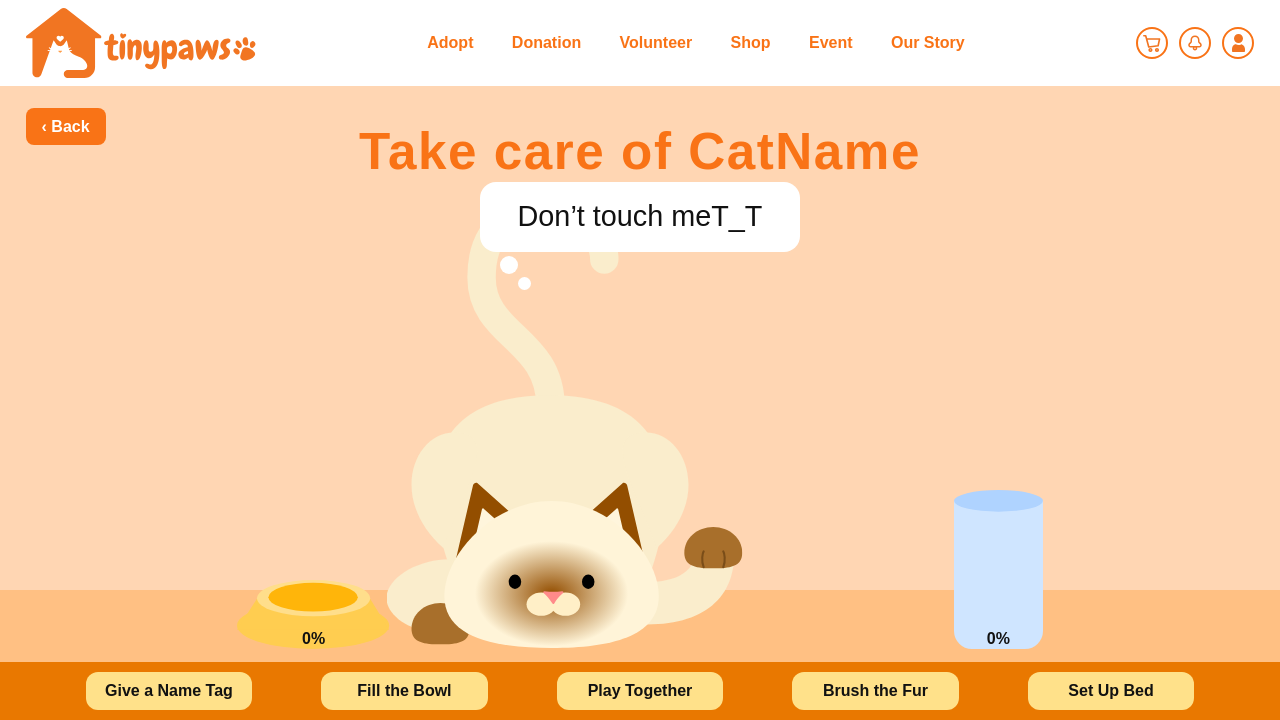
Repository: LShuyanLi/TinyPaws
Page: /, after clicking the first element matching `div > div`
An editor plug-in stored every save of this project. The page is shown before and after the next save, followed by the edit.
The browser window is 1280 px wide. The pictures show the whole page.
The project was rebuilt for these pictures with package versions that can differ from the ones it lists, and the page was loaded fresh each time. The framework's server and built-in components were replaced by stand-ins that run in the browser. Also part of the build but not shown: next.config.mjs.

Above is the page before, as saved 2026-05-09 23:44:40.

### app/layout.js
import { Geist, Geist_Mono } from "next/font/google";
import "./globals.css";

const geistSans = Geist({
  variable: "--font-geist-sans",
  subsets: ["latin"],
});

const geistMono = Geist_Mono({
  variable: "--font-geist-mono",
  subsets: ["latin"],
});

export const metadata = {
  title: "Create Next App",
  description: "Generated by create next app",
};

export default function RootLayout({ children }) {
  return (
    <html lang="en" className={`${geistSans.variable} ${geistMono.variable}`}>
      <body>{children}</body>
    </html>
  );
}

### app/page.js
"use client";

import { useState } from "react";

import Header from "@/components/shared/Header";
import ChooseScreen from "@/components/shuyan/ChooseScreen";
import PlayScreen from "@/components/shuyan/PlayScreen";



export default function Home() {
  const [screen, setScreen] = useState("choose");
  const [selectedCat, setSelectedCat] = useState(null);

  function goToChoose() {
    setScreen("choose");
  }

  function goToPlay(catImage) {
    setSelectedCat(catImage);
    setScreen("play");
  }

  return (
    <main
      style={{
        width: "100vw",
        height: "100vh",
        margin: 0,
        overflow: "hidden",
        fontFamily: "Arial, Helvetica, sans-serif",
        backgroundColor: "#ffd6b3",
      }}
    >
      <Header />

      {screen === "choose" && (
        <ChooseScreen goToPlay={goToPlay} />
      )}

      {screen === "play" && (
        <PlayScreen
        goToChoose={goToChoose}
        selectedCat={selectedCat} />
      )}
    </main>
  );
}

### app/globals.css
:root {
  --background: #ffffff;
  --foreground: #171717;
}

@media (prefers-color-scheme: dark) {
  :root {
    --background: #0a0a0a;
    --foreground: #ededed;
  }
}

html {
  height: 100%;
}

html,
body {
  max-width: 100vw;
  overflow-x: hidden;
}

body {
  min-height: 100%;
  display: flex;
  flex-direction: column;
  color: var(--foreground);
  background: var(--background);
  font-family: Arial, Helvetica, sans-serif;
  -webkit-font-smoothing: antialiased;
  -moz-osx-font-smoothing: grayscale;
}

* {
  box-sizing: border-box;
  padding: 0;
  margin: 0;
}

a {
  color: inherit;
  text-decoration: none;
}

@media (prefers-color-scheme: dark) {
  html {
    color-scheme: dark;
  }
}

### components/shared/Header.jsx
// Displays the decorative top navigation area with the logo, nav menu, and icons.

export default function Header() {
  return (
    <header
      style={{
        width: "100%",
        height: "12vh",
        backgroundColor: "#ffffff",
        display: "flex",
        alignItems: "center",
        justifyContent: "space-between",
        padding: "0 2vw",
        boxSizing: "border-box",
      }}
    >
      <img
        src="/Logo.svg"
        alt="TinyPaws logo"
        style={{
          width: "18vw",
          minWidth: "150px",
          maxWidth: "270px",
          height: "auto",
        }}
      />

      <nav
        style={{
          display: "flex",
          gap: "3vw",
          color: "#f97316",
          fontWeight: "700",
          fontSize: "1rem",
        }}
      >
        <span>Adopt</span>
        <span>Donation</span>
        <span>Volunteer</span>
        <span>Shop</span>
        <span>Event</span>
        <span>Our Story</span>
      </nav>

      <div
        style={{
          display: "flex",
          gap: "0.7rem",
        }}
      >
        <button style={iconButtonStyle}>
         <img src="/chart.svg" style={iconImageStyle} />
        </button>

        <button style={iconButtonStyle}>
          <img src="/bell.svg" style={iconImageStyle} />
        </button>

        <button style={iconButtonStyle}>
         <img src="/user.svg" style={iconImageStyle} />
        </button>
      </div>
    </header>
  );
}

const iconButtonStyle = {
  width: "2rem",
  height: "2rem",
  border: "2px solid #f97316",
  borderRadius: "50%",
  backgroundColor: "#ffffff",
  color: "#f97316",
  cursor: "pointer",
  display: "flex",
  alignItems: "center",
  justifyContent: "center",
};

const iconImageStyle = {
  width: "1.1rem",
  height: "1.1rem",
  objectFit: "contain",
  display: "block",
};

### components/shuyan/ChooseScreen.jsx
import PokeCatBall from "@/components/shuyan/PokeCatBall";

export default function ChooseScreen({ goToPlay }) {

    return (
        <section
        style={{
            position: "relative",
            width: "100%",
            height: "88vh",
            backgroundColor: "#ffd6b3",
        }}
        >

        <h1
            style={{
            margin: 0,
            paddingTop: "5vh",
            textAlign: "center",
            color: "#f97316",
            fontSize: "clamp(2rem, 4vw, 3.3rem)",
            fontWeight: "700",
            letterSpacing: "0.03em",
            }}
        >
            Choose Your New Little Friend
        </h1>

        <div
            style={{
            position: "relative",
            zIndex: 5,
            width: "100%",
            display: "flex",
            justifyContent: "space-around",
            alignItems: "flex-start",
            marginTop: "8vh",
            padding: "0 4vw",
            boxSizing: "border-box",
            }}
        >
            <PokeCatBall
                closeBall="/CloseBall.svg"
                openBall="/OpenBall-1.svg"
                catImage="/cat-1.svg"
                goToPlay={goToPlay} />
            <PokeCatBall
                closeBall="/CloseBall.svg"
                openBall="/OpenBall-2.svg"
                catImage="/cat-2.svg"
                goToPlay={goToPlay} />
            <PokeCatBall
                closeBall="/CloseBall.svg"
                openBall="/OpenBall-3.svg"
                catImage="/cat-3.svg"
                goToPlay={goToPlay} />
        </div>

        <div
            style={{
            position: "absolute",
            left: 0,
            bottom: "7.5vh",
            width: "100%",
            height: "10vh",
            backgroundColor: "#ffc083",
            }}
        />

        <div
            style={{
            position: "absolute",
            left: 0,
            bottom: 0,
            width: "100%",
            height: "7.5vh",
            backgroundColor: "#e97800",
            }}
        />
        </section>
    );
}

### components/shuyan/PlayScreen.jsx
// PlayScreen.jsx: Builds the main cat play screen with the background, cat area, feeding area, tools, bed, and bottom buttons.

import BackButton from "@/components/shuyan/BackButton";
import BottomActionBar from "@/components/shuyan/BottomActionBar";
import CatDisplay from "@/components/shared/CatDisplay";
import FoodBowl from "@/components/Jinwon/FoodBowl";
import WaterBottle from "@/components/Jinwon/WaterBottle";
import CatEmotion from "@/components/Jessica/CatEmotion";

export default function PlayScreen({ goToChoose, selectedCat }) {
  return (
    <section
      style={{
        position: "relative",
        width: "100%",
        height: "88vh",
        backgroundColor: "#ffd6b3",
        overflow: "hidden",
      }}
    >
      <BackButton goToChoose={goToChoose}/>

      <h1
        style={{
          margin: 0,
          paddingTop: "5vh",
          textAlign: "center",
          color: "#f97316",
          fontSize: "clamp(2rem, 4vw, 3.3rem)",
          fontWeight: "700",
          letterSpacing: "0.03em",
          position: "relative",
          zIndex: 5,
        }}
      >
        Take care of CatName
      </h1>

      {/* Light orange ground */}
      <div
        style={{
          position: "absolute",
          left: 0,
          bottom: "8vh",
          width: "100%",
          height: "10vh",
          backgroundColor: "#ffc083",
          zIndex: 1,
        }}
      />

      {/* Main play area */}
      <div
        style={{
          position: "absolute",
          left: "50%",
          bottom: "10vh",
          transform: "translateX(-50%)",
          width: "75vw",
          height: "50vh",
          zIndex: 5,
        }}
      >
        <CatEmotion />
        <FoodBowl />
        <CatDisplay selectedCat={selectedCat}/>
        <WaterBottle />
      </div>

      <BottomActionBar />
    </section>
  );
}

### components/shuyan/PokeCatBall.jsx
"use client";
// Displays one selectable pokeCAT ball and shows its cat preview on hover.

import { useState } from "react";

export default function PokeCatBall({ closeBall, openBall, goToPlay, catImage }) {

    const [isHover, setIsHover] = useState(false);

    function pokecatBall() {
        if (!isHover) {
            return closeBall;
        } else {
            return openBall;
        }
    }

    return (
        <div
            onClick={() => goToPlay(catImage)}
            onMouseEnter={() => setIsHover(true)}
            onMouseLeave={() => setIsHover(false)}
            style={{
                width: "24vw",
                maxWidth: "380px",
                minWidth: "230px",
                height: "50vh",
                display: "flex",
                alignItems: "flex-start",
                justifyContent: "center",
                cursor: "pointer"
            }}
        >
        <img
            src={pokecatBall()}
            style={{
            width: "90%",
            objectFit: "contain",
            display: "block",
            }}
        />
        </div>
    );
}

### components/shuyan/BackButton.jsx
// Displays the back button and returns the user to the cat selection screen.


export default function BackButton({ goToChoose }) {
  return (
    <button
        onClick={goToChoose}
        style={{
            position: "absolute",
            top: "3vh",
            left: "2vw",
            backgroundColor: "#f97316",
            color: "#ffffff",
            border: "none",
            borderRadius: "8px",
            padding: "0.6rem 1rem",
            fontSize: "1rem",
            fontWeight: "600",
            cursor: "pointer",
            zIndex: 10,
      }}
    >
      ‹ Back
    </button>
  );
}

### components/shuyan/BottomActionBar.jsx
"use client";

// BottomActionBar.jsx: Displays the bottom interaction buttons and shows each hover bubble.

import { useState } from "react";

export default function BottomActionBar( {
  activeButton,
  setActiveButton,
  setSelectedBed, //these three are for the bed feature
  ballSpeed,
  setBallSpeed, //these two are for the play ball feature
  featherActive,
  setFeatherActive,
}) {
  return (
    <div
      style={{
        position: "absolute",
        left: 0,
        bottom: 0,
        width: "100%",
        height: "8vh",
        backgroundColor: "#e97800",
        display: "flex",
        alignItems: "center",
        justifyContent: "space-around",
        padding: "0 4vw",
        boxSizing: "border-box",
        zIndex: 20,
      }}
    >
      {/* Name button - Elina can connect this to NameTag modal later */}
      <div style={{ position: "relative" }}>
        <button style={buttonStyle}>Give a Name Tag</button>
      </div>

      {/* Feed button - Jinwon */}
      <div
        onMouseEnter={() => setActiveButton("feed")}
        onMouseLeave={() => setActiveButton(null)}
        style={{ position: "relative" }}
      >
        {activeButton === "feed" && (
          <div style={bubbleStyle}>
            <img src="/bubble-3.svg" style={bubbleBackgroundStyle} />

            {/* dry food option - Jinwon can add onClick here */}
            <img
              src="/dryfood.svg"
              style={{
                position: "absolute",
                top: "8%",
                left: "50%",
                transform: "translateX(-50%)",
                width: "45%",
                height: "auto",
                cursor: "pointer",
              }}
            />

            {/* wet food option - Jinwon can add onClick here */}
            <img
              src="/wetfood.svg"
              style={{
                position: "absolute",
                top: "34%",
                left: "50%",
                transform: "translateX(-50%)",
                width: "45%",
                height: "auto",
                cursor: "pointer",
              }}
            />

            {/* water option - Jinwon can add onClick here */}
            <img
              src="/water.svg"
              style={{
                position: "absolute",
                top: "60%",
                left: "50%",
                transform: "translateX(-50%)",
                width: "38%",
                height: "auto",
                cursor: "pointer",
              }}
            />
          </div>
        )}

        <button style={buttonStyle}>Fill the Bowl</button>
      </div>

      {/* Play button - Jonah handles ball/feather, Elina handles hand */}
      <div
        style={{ position: "relative" }}
      >
        {activeButton === "play" && (
          <div style={bubbleStyle}>
            <img src="/bubble-3.svg" style={bubbleBackgroundStyle} />

            {/* ball option - Jonah can add onClick here */}
            <img
              src="/ball.svg"
                onClick={() => {
                setFeatherActive(false);

                setBallSpeed(prev =>
                  prev === "stop"
                    ? "slow"
                    : prev === "slow"
                    ? "fast"
                    : "stop"
                );
              }}
              style={{
                position: "absolute",
                top: "8%",
                left: "50%",
                transform: "translateX(-50%)",
                width: "42%",
                height: "auto",
                cursor: "pointer",
                opacity: ballSpeed === "stop" ? 0.5 : 1
              }}
            />

            {/* feather option - Jonah can add onClick here */}
            <img
              src="/feather.svg"
              onClick={() => {
                setBallSpeed("stop");
                setFeatherActive(prev => !prev);
              }}
              style={{
                position: "absolute",
                top: "30%",
                left: "50%",
                transform: "translateX(-50%)",
                width: "55%",
                height: "auto",
                cursor: "pointer",
              }}
            />

            {/* hand option - Elina can add onClick here */}
            <img
              src="/hand.svg"
              style={{
                position: "absolute",
                top: "55%",
                left: "50%",
                transform: "translateX(-50%)",
                width: "42%",
                height: "auto",
                cursor: "pointer",
              }}
            />
          </div>
        )}

        <button
          style={buttonStyle}
          onClick={() =>
            setActiveButton(activeButton === "play" ? null : "play")
          }
        >Play Together</button>
      </div>

      {/* Brush button - Elina */}
      <div
        onMouseEnter={() => setActiveButton("brush")}
        onMouseLeave={() => setActiveButton(null)}
        style={{ position: "relative" }}
      >
        {activeButton === "brush" && (
          <div style={bubbleStyle}>
            <img src="/bubble-1.svg" style={bubbleBackgroundStyle} />

            {/* brush option - Elina can add onClick here */}
            <img
              src="/brush.svg"
              style={{
                position: "absolute",
                top: "22%",
                left: "50%",
                transform: "translateX(-50%)",
                width: "55%",
                height: "auto",
                cursor: "pointer",
              }}
            />
          </div>
        )}

        <button style={buttonStyle}>Brush the Fur</button>
      </div>

      {/* Bed button - Jonah */}
      <div
        style={{ position: "relative" }}
      >
        {activeButton === "bed" && (
          <div style={bubbleStyle}>
            <img src="/bubble-2.svg" style={bubbleBackgroundStyle} />

            {/* yellow bed option - Jonah can add onClick here */}
            <img
              src="/bed-1.svg"
              onClick={() => {
                setSelectedBed(prev =>
                  prev === "yellow" ? null : "yellow"
                );
              }}
              style={{
                position: "absolute",
                top: "12%",
                left: "50%",
                transform: "translateX(-50%)",
                width: "55%",
                height: "auto",
                cursor: "pointer",
              }}
            />

            {/* green bed option - Jonah can add onClick here */}
            <img
              src="/bed-2.png"
              onClick={() => {
                setSelectedBed(prev =>
                  prev === "green" ? null : "green"
                );
              }}
              style={{
                position: "absolute",
                top: "48%",
                left: "50%",
                transform: "translateX(-50%)",
                width: "55%",
                height: "auto",
                cursor: "pointer",
              }}
            />
          </div>
        )}

        <button
          style={buttonStyle}
          onClick={() =>
            setActiveButton(activeButton === "bed" ? null : "bed")
          }
        >Set Up Bed</button>
      </div>
    </div>
  );
}

const buttonStyle = {
  width: "13vw",
  minWidth: "150px",
  maxWidth: "200px",
  height: "2.4rem",
  border: "none",
  borderRadius: "12px",
  backgroundColor: "#ffe18a",
  color: "#111111",
  fontSize: "1rem",
  fontWeight: "600",
  cursor: "pointer",
};

const bubbleStyle = {
  position: "absolute",
  left: "50%",
  bottom: "3.4rem",
  transform: "translateX(-50%)",
  width: "7vw",
  minWidth: "95px",
  maxWidth: "140px",
  zIndex: 40,
};

const bubbleBackgroundStyle = {
  width: "100%",
  height: "auto",
  display: "block",
};

### components/shared/CatDisplay.jsx
// CatDisplay.jsx: Displays the selected cat image on the play screen.

export default function CatDisplay({
  selectedBed,
  ballSpeed,
  featherActive,
}) {
  let catImage = "/cat-1.svg";

  let catStyle = {
    width: "55%",
    height: "55%",
    objectFit: "contain",
    position: "absolute",
    bottom: "0px",
    left: "110px",
  };

  if (featherActive) {
    catImage = "/catreach-1.svg";

    catStyle = {
      ...catStyle,
      width: "110%",
      left: "0px",
    }

  } else if (ballSpeed !== "stop") {
    catImage = "/catcrouch-1.svg";
  }

  return (
    <div
      style={{
        position: "absolute",
        left: "50%",
        bottom: "0",
        transform: "translateX(-50%)",
        zIndex: 1,
      }}
    >
      {selectedBed === "yellow" && (
        <img
          src="/yellow-bed.svg"
          style={{
            position: "absolute",
            bottom: "-130px",
            left: "50%",
            transform: "translateX(-50%)",
            width: "30vw",
            minWidth: "200px",
            zIndex: 0,
          }}
        />
      )}

      {selectedBed === "green" && (
        <img
          src="/green-bed.svg"
          style={{
            position: "absolute",
            bottom: "-130px",
            left: "50%",
            transform: "translateX(-50%)",
            width: "30vw",
            minWidth: "200px",
            zIndex: 0,
          }}
        />
      )}
      <div
        style={{
          width: "825px",
          height: "825px",
          position: "relative",
        }}
      >
        <img
          src={catImage}
          style={catStyle}
        />
      </div>
    </div>
  );
}

### components/Jinwon/FoodBowl.jsx
// FoodBowl.jsx: Displays the bowl and shows dry or wet food when the bowl is clicked.

export default function FoodBowl({ bowlType }) {
  const isBowlFilled = bowlType === "dry" || bowlType === "wet";
  const fillImage = bowlType === "wet" ? "/wetfood.svg" : "/dryfood.svg";

  return (
    <div
      style={{
        position: "absolute",
        left: "8%",
        bottom: "0",
        zIndex: 10,
        textAlign: "center",
      }}
    >
      <img
        src="/bowl.svg"
        style={{
          width: "12vw",
          minWidth: "120px",
          maxWidth: "190px",
          height: "auto",
          display: "block",
        }}
      />

      {isBowlFilled && (
        <img
          src={fillImage}
          style={{
            position: "absolute",
            left: "50%",
            bottom: "22px",
            transform: "translateX(-50%)",
            width: "50%",
            height: "auto",
          }}
        />
      )}

      <p
        style={{
          margin: "-1.2rem 0 0",
          color: "#111111",
          fontSize: "1rem",
          fontWeight: "700",
        }}
      >
        {isBowlFilled ? "100%" : "0%"}
      </p>
    </div>
  );
}

### components/Jinwon/WaterBottle.jsx
// WaterBottle.jsx: Displays the water bottle and shows water level when the bottle is clicked.

export default function WaterBottle({ hasWater }) {
  const isBottleFilled = hasWater;

  return (
    <div
      style={{
        position: "absolute",
        right: "8%",
        bottom: "0",
        zIndex: 10,
        textAlign: "center",
      }}
    >
      <img
        src="/water-bottle.svg"
        style={{
          width: "7vw",
          minWidth: "80px",
          maxWidth: "130px",
          height: "auto",
          display: "block",
        }}
      />

      {isBottleFilled && (
        <img
          src="/water.svg"
          style={{
            position: "absolute",
            left: "50%",
            bottom: "22px",
            transform: "translateX(-50%)",
            width: "44%",
            height: "auto",
          }}
        />
      )}

      <p
        style={{
          margin: "-1.2rem 0 0",
          color: "#111111",
          fontSize: "1rem",
          fontWeight: "700",
        }}
      >
        {isBottleFilled ? "100%" : "0%"}
      </p>
    </div>
  );
}

### components/Jessica/CatEmotion.jsx
// CatEmotion.jsx: Displays the cat’s emotion emoji and thought bubble based on interaction results.

export default function CatEmotion() {
  return (
    <div
      style={{
        position: "absolute",
        left: "50%",
        bottom: "55vh",
        transform: "translateX(-50%)",
        zIndex: 30,
      }}
    >
      {/* Thought bubble box */}
      <div
        style={{
          position: "relative",
          width: "320px",
          minHeight: "70px",
          backgroundColor: "#ffffff",
          borderRadius: "16px",
          display: "flex",
          alignItems: "center",
          justifyContent: "center",
          padding: "0 1.5rem",
          boxSizing: "border-box",
          color: "#111111",
          fontSize: "1.8rem",
          fontWeight: "400",
        }}
      >
        Don’t touch meT_T
      </div>

      {/* Small bubble dots */}
      <div
        style={{
          position: "absolute",
          left: "20px",
          bottom: "-22px",
          width: "18px",
          height: "18px",
          backgroundColor: "#ffffff",
          borderRadius: "50%",
        }}
      />

      <div
        style={{
          position: "absolute",
          left: "38px",
          bottom: "-38px",
          width: "13px",
          height: "13px",
          backgroundColor: "#ffffff",
          borderRadius: "50%",
        }}
      />
    </div>
  );
}

After the next save:
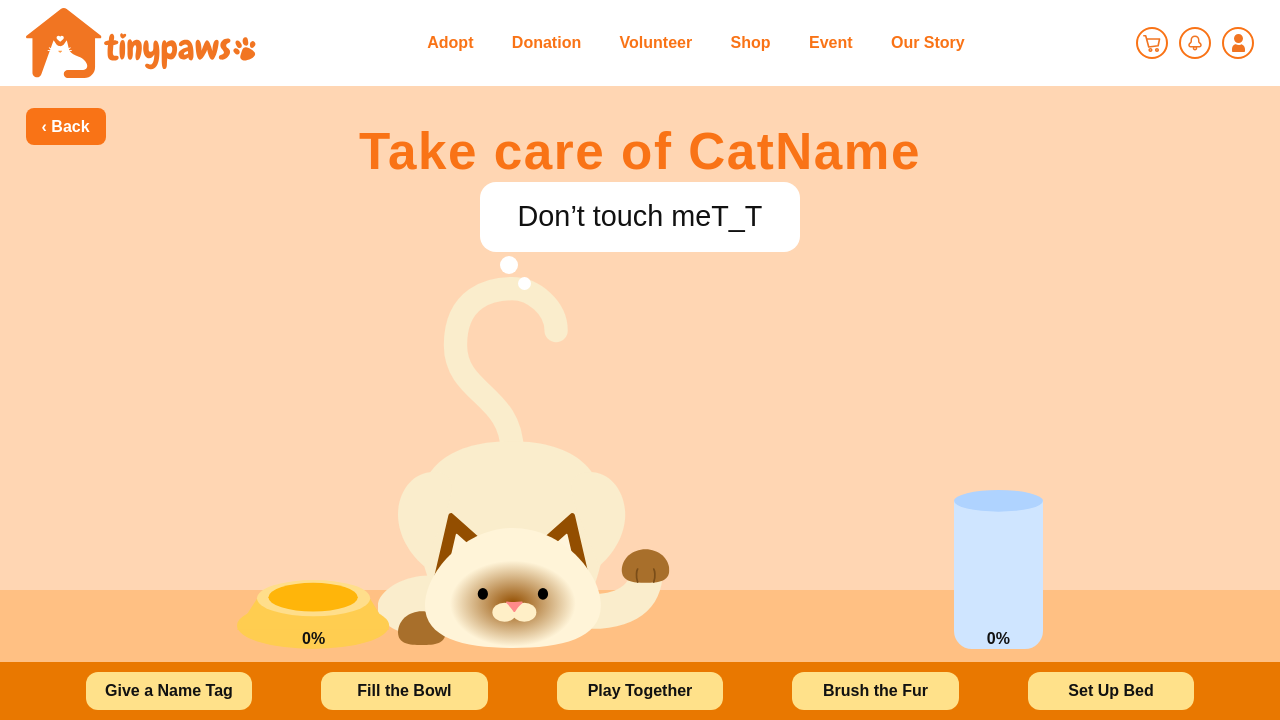
Saved 6 s later.
--- a/components/shared/CatDisplay.jsx
+++ b/components/shared/CatDisplay.jsx
@@ -8,8 +8,8 @@ export default function CatDisplay({
   let catImage = "/cat-1.svg";
 
   let catStyle = {
-    width: "55%",
-    height: "55%",
+    width: "45%",
+    height: "45%",
     objectFit: "contain",
     position: "absolute",
     bottom: "0px",
